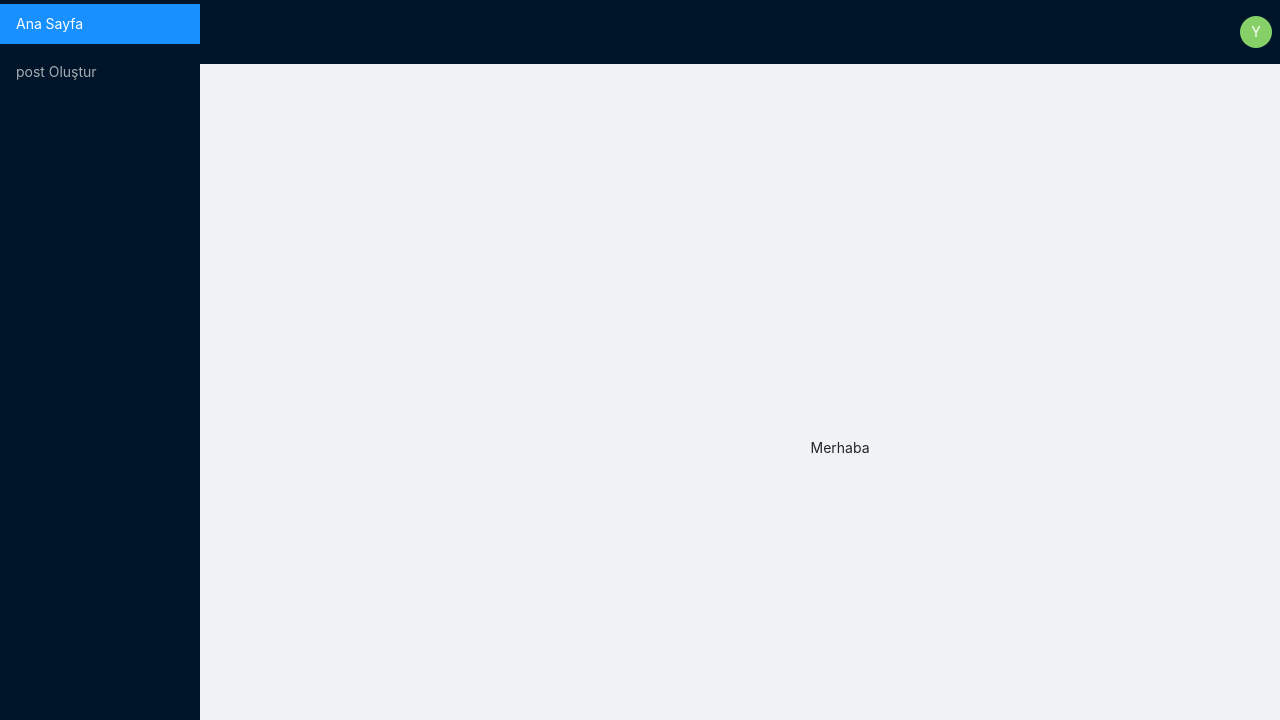
Repository: sevilgenysf/my-blog
Page: /
An editor plug-in stored every save of this project. The page is shown before and after a run of saves, followed by the edit.
The browser window is 1280 px wide. The pictures show the whole page.
An inner scrolling area shows only its first screen. The project was rebuilt for these pictures with package versions that can differ from the ones it lists, and the page was loaded fresh each time. Also part of the build but not shown: src/index.css, src/App.css, src/components/Sidebar/Sidebar.css.

Above is the page before, as saved 2022-08-18 17:12:24.

### src/index.js
import React from 'react';
import ReactDOM from 'react-dom/client';
import './index.css';
import App from './App';
import reportWebVitals from './reportWebVitals';
import 'antd/dist/antd.css';
import MainLayout from './layouts/Main/MainLayout';
import AuthLayout from './layouts/Auth/AuthLayout';

const root = ReactDOM.createRoot(document.getElementById('root'));
root.render(
	<React.StrictMode>
		<MainLayout>
			<AuthLayout>
				<App />
			</AuthLayout>
		</MainLayout>
	</React.StrictMode>
);

// If you want to start measuring performance in your app, pass a function
// to log results (for example: reportWebVitals(console.log))
// or send to an analytics endpoint. Learn more: https://bit.ly/CRA-vitals
reportWebVitals();

### src/App.js
import logo from './logo.svg';
import './App.css';

function App() {
	return (
		<div className="App">
			<header className="App-header">Merhaba</header>
		</div>
	);
}

export default App;

### src/layouts/Main/MainLayout.js
import React from 'react';
import './MainLayout.css';
import { Layout } from 'antd';
import Sidebar from '../../components/Sidebar/Sidebar';
import AppHeder from '../../components/AppHeader/AppHeder';
import AppContent from '../../components/AppContent/AppContent';

function MainLayout(props) {
	return (
		<Layout>
			<Sidebar />
			<Layout style={{ marginLeft: '200px' }}>
				<AppHeder />
				<AppContent>{props.children}</AppContent>
			</Layout>
		</Layout>
	);
}

export default MainLayout;

### src/layouts/Auth/AuthLayout.js
import React from 'react';
import { Layout } from 'antd';
import './AuthLayout.css';

function AuthLayout(props) {
	return <Layout className="auth-layout">{props.children}</Layout>;
}

export default AuthLayout;

### src/components/Sidebar/Sidebar.js
import React from 'react';
import { Menu, Layout } from 'antd';
import './Sidebar.css';
import { Link } from 'react-router-dom';

function Sidebar() {
	return (
		<Layout.Sider className="sidebar">
			<Menu
				theme="dark"
				mode="vertical"
				style={{ height: '100vh' }}
				defaultSelectedKeys={['/']}
			>
				<Menu.Item key="/">
					{/* <Link to="/">Ana Sayfa</Link> */}Ana Sayfa
				</Menu.Item>
				<Menu.Item key="/post/create-post">
					{/* <Link to="/post/create-post">Post Oluştur</Link> */}
					post Oluştur
				</Menu.Item>
			</Menu>
		</Layout.Sider>
	);
}

export default Sidebar;

### src/components/AppHeader/AppHeder.js
import React from 'react';
import { Layout, Menu, Dropdown, Avatar } from 'antd';
import './AppHeader.css';

function AppHeder() {
	const menu = () => {
		return (
			<Menu theme="dark">
				<Menu.Item key="exit">Çıkış Yap</Menu.Item>
			</Menu>
		);
	};
	return (
		<Layout.Header className="app-header">
			<Dropdown overlay={menu} placement="bottomLeft">
				<Avatar style={{ background: '#87d068' }}>Y</Avatar>
			</Dropdown>
		</Layout.Header>
	);
}

export default AppHeder;

### src/components/AppContent/AppContent.js
import React from 'react';
import './AppContent.css';
import { Layout } from 'antd';

function AppContent(props) {
	return (
		<Layout.Content className="app-content">
			<div className="app-content-wrapper">{props.children}</div>
		</Layout.Content>
	);
}

export default AppContent;

### src/layouts/Auth/AuthLayout.css
.auth-layout {
	height: 100vh;
	display: flex;
	align-items: center;
	justify-content: center;
}

### src/components/AppHeader/AppHeader.css
.app-header {
	display: flex !important;
	align-items: center !important;
	justify-content: flex-end !important ;
	width: calc(100% - 200px) !important;
	padding: 0 !important;
	position: fixed !important;
	padding: 8px !important;
	top: 0 !important;
	right: 0 !important;
}

### src/components/AppContent/AppContent.css
.app-content {
	margin-top: 64px !important;
	height: calc(100vh - 64px);
}

.app-content-wrapper {
	height: 100%;
	padding: 24px;
	overflow: auto;
}

Loaded but not shown: public/index.html (common file); src/reportWebVitals.js (common file); src/layouts/Main/MainLayout.css (no stored copy; drawn as an empty file)

After the next 2 saves:
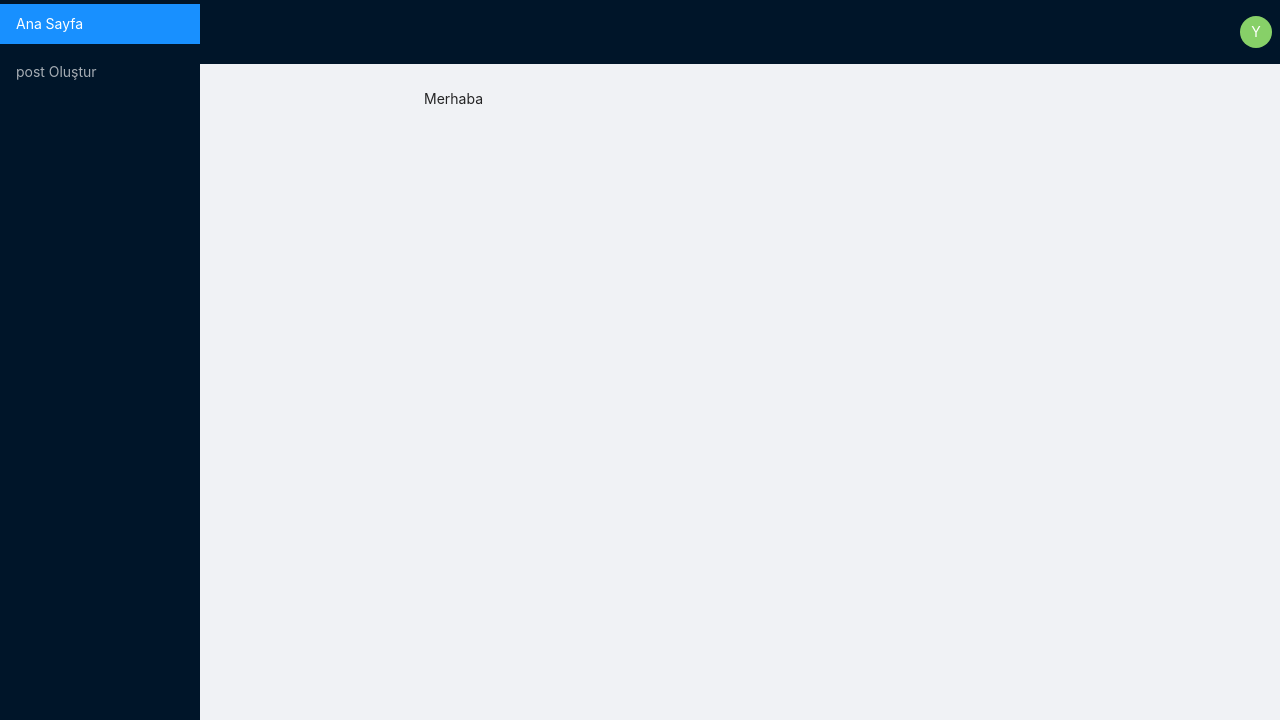
The 2 saves are shown as one change because they came seconds apart.
The last was saved 71 s later.
--- a/src/index.js
+++ b/src/index.js
@@ -5,15 +5,12 @@ import App from './App';
 import reportWebVitals from './reportWebVitals';
 import 'antd/dist/antd.css';
 import MainLayout from './layouts/Main/MainLayout';
-import AuthLayout from './layouts/Auth/AuthLayout';
 
 const root = ReactDOM.createRoot(document.getElementById('root'));
 root.render(
 	<React.StrictMode>
 		<MainLayout>
-			<AuthLayout>
-				<App />
-			</AuthLayout>
+			<App />
 		</MainLayout>
 	</React.StrictMode>
 );
